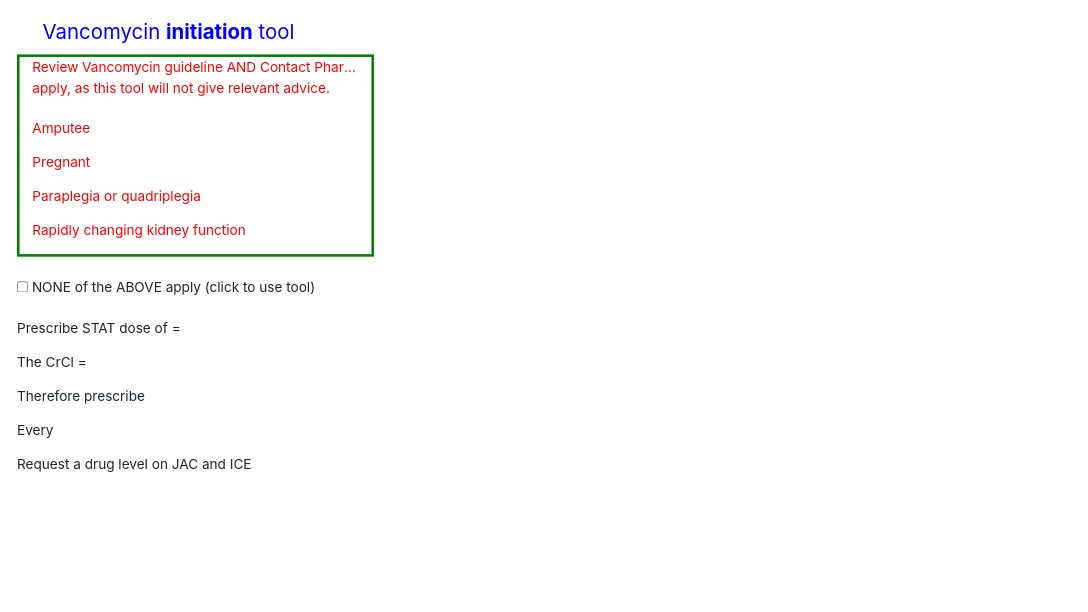
Repository: Mismiles/project-clinical-calculator
Page: index.html
The author's editor kept a record of every edit. The page is drawn from the files as they stood at one moment, then again after the next edit.
The browser window is 1280 px wide. The pictures show the whole page, at 85% of full size.

Above is the page before.
Console error: ReferenceError: vanform is not defined

After the next edit:
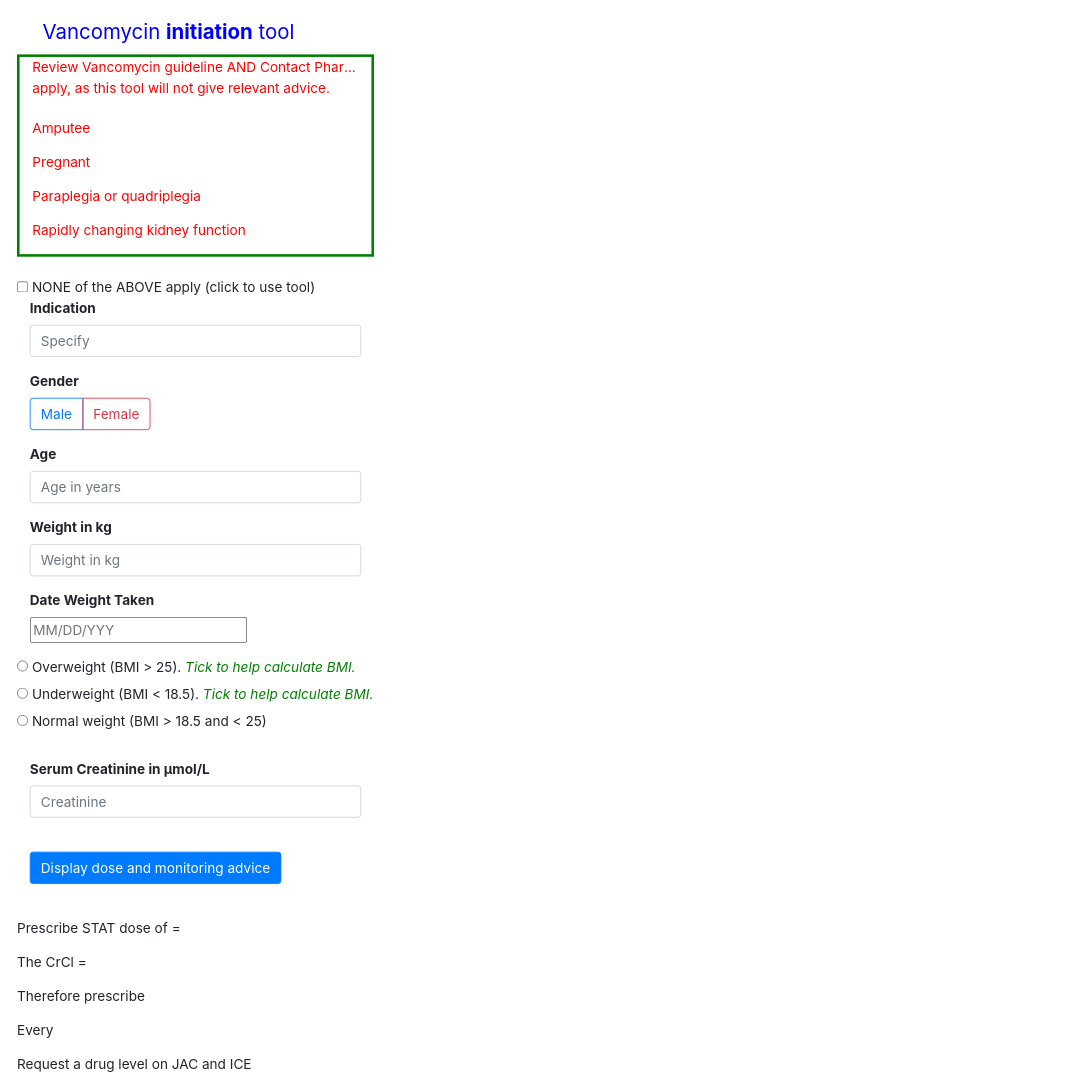
The edit:
--- a/css/stylesheet.css
+++ b/css/stylesheet.css
@@ -25,7 +25,7 @@
   display: none;
 }
 
-#vancform {
+.vancform {
   display: none;
 }
 

After the 2 edits that followed:
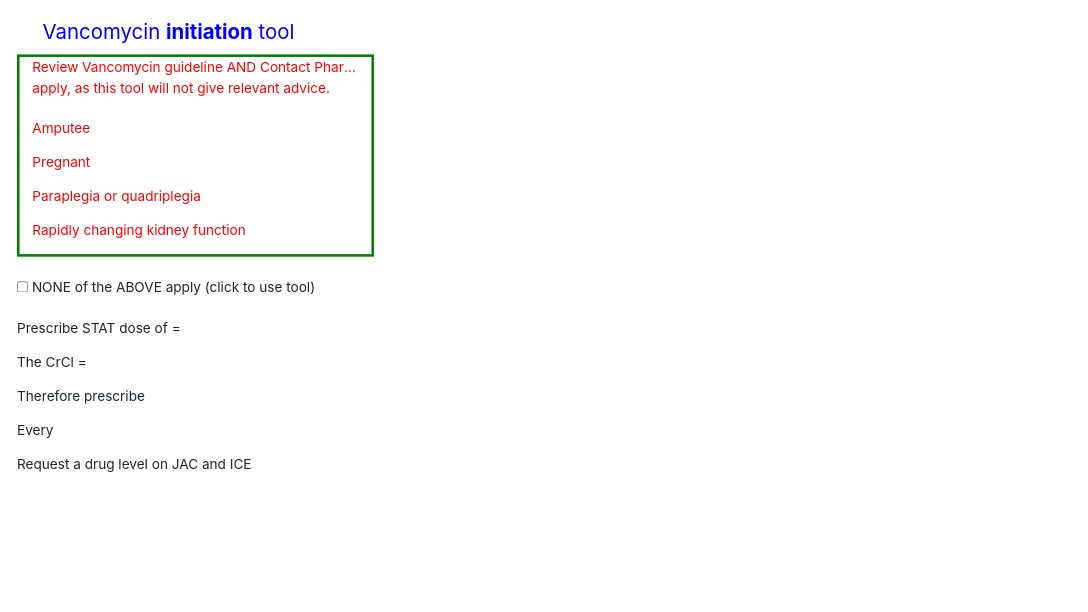
The 2 edits are shown as one change because 1 left the picture as it was.
The edit:
--- a/css/stylesheet.css
+++ b/css/stylesheet.css
@@ -25,8 +25,12 @@
   display: none;
 }
 
-.vancform {
+#vancform {
   display: none;
+}
+
+.displayVancform {
+    display: block;
 }
 
 .carousel {
@@ -34,7 +38,3 @@
   height:860px;
   display: none !important;
 }
-
-.formDisplay {
-    display: block;
-}
